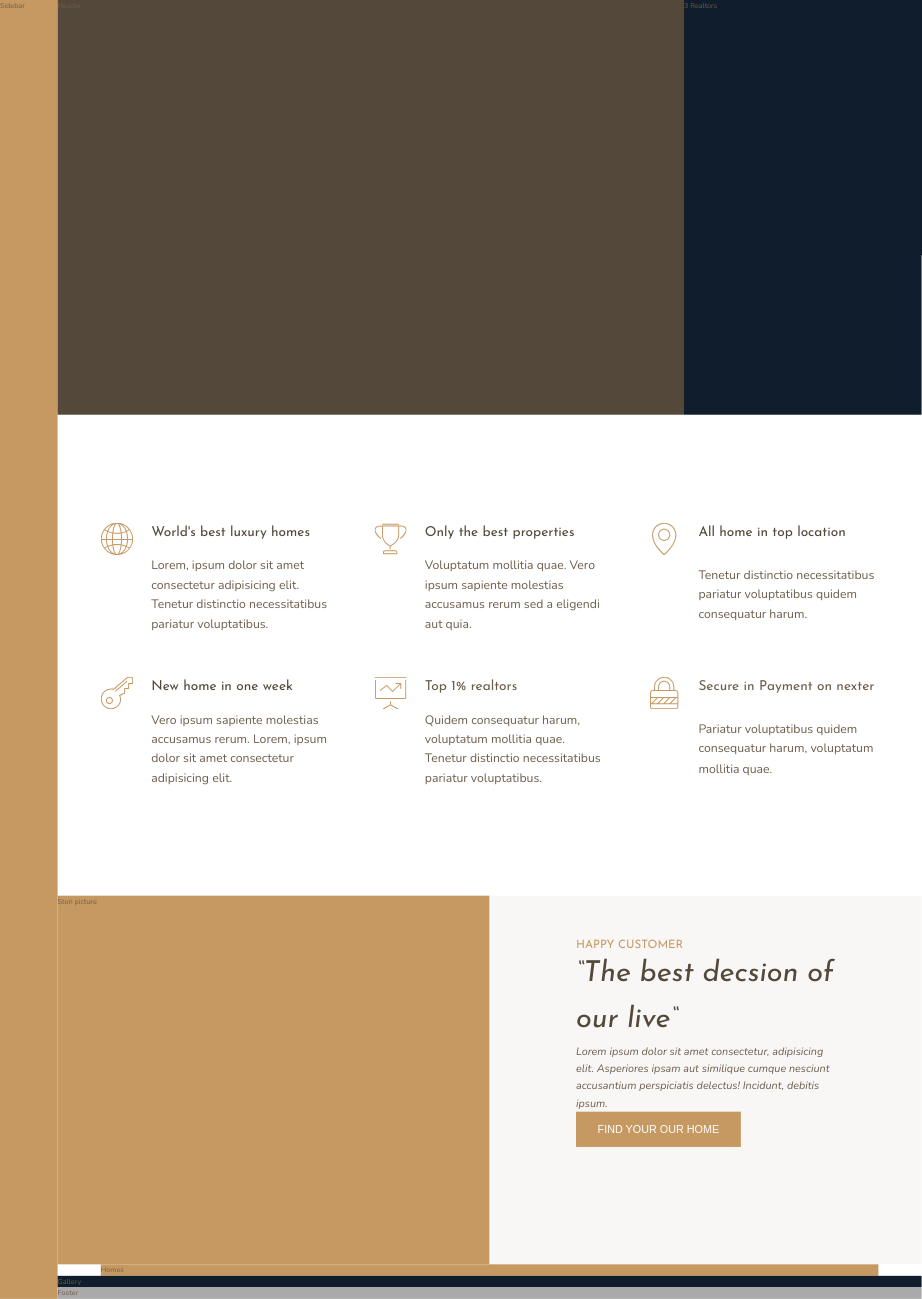
Repository: m2pd/your-home
Page: index.html
These files come from the project's save history. The page is drawn as it stood at one moment and after the next save; the edit follows.
The browser window is 1280 px wide. The pictures show the whole page, at 72% of full size.
The style sheet was rebuilt from its Sass, Less or Tailwind sources for each picture, by a compiler version that may differ from the author's.

Above is the page before, as saved 2020-03-05 10:34:42.

After the next save:
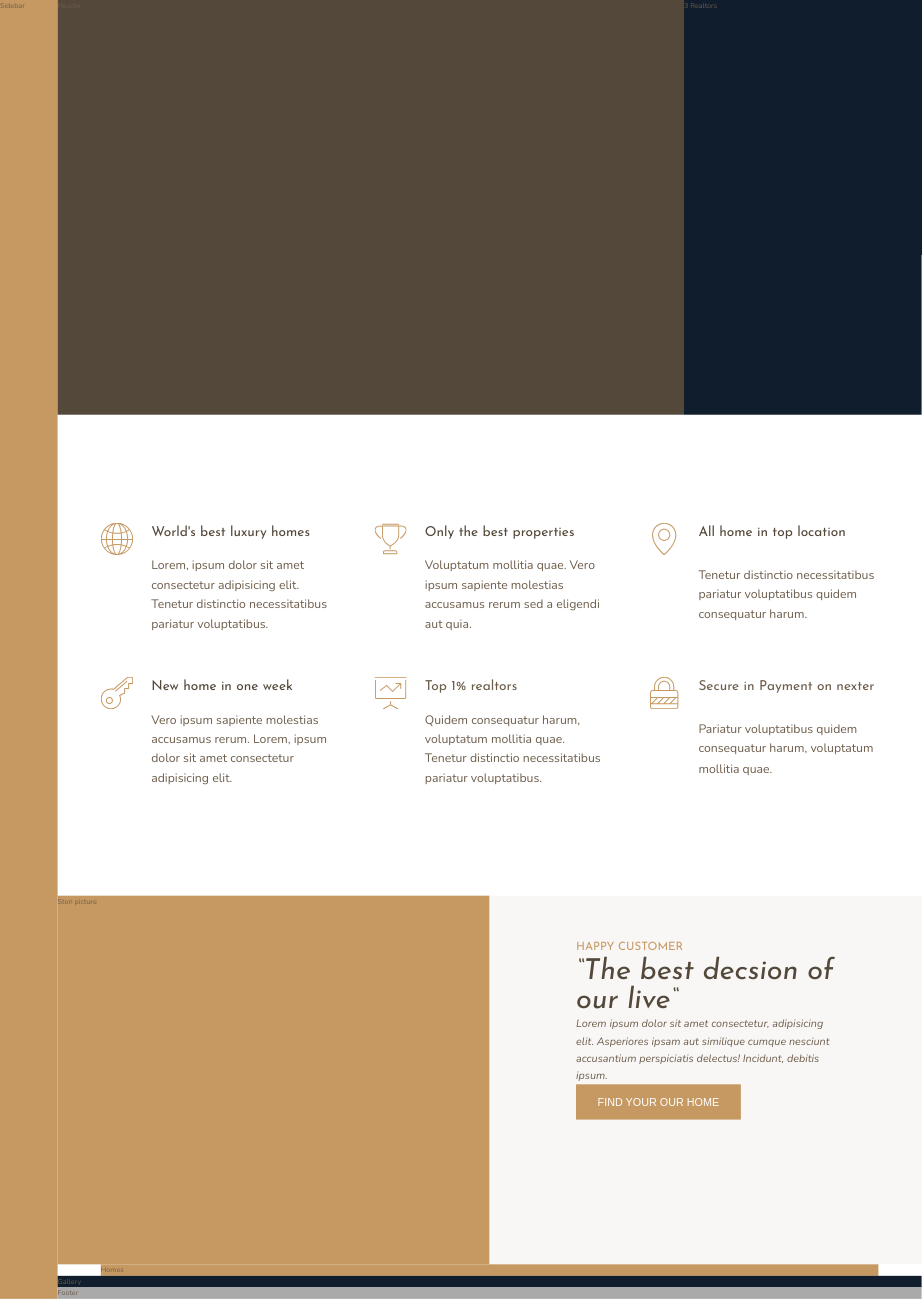
Saved 21 s later.
--- a/sass/_typography.scss
+++ b/sass/_typography.scss
@@ -11,6 +11,7 @@
   @extend %heading;
   font-size: 4rem;
   font-style: italic;
+  line-height: 1;
 
   &--light{ color: $color-grey-light-1;}
   &--dark{ color: $color-grey-dark-1;}
@@ -22,7 +23,6 @@
   font-size: 1.6rem;
   color: $color-primary;
   text-transform: uppercase;
-  line-height: 1;
 
 }
 
